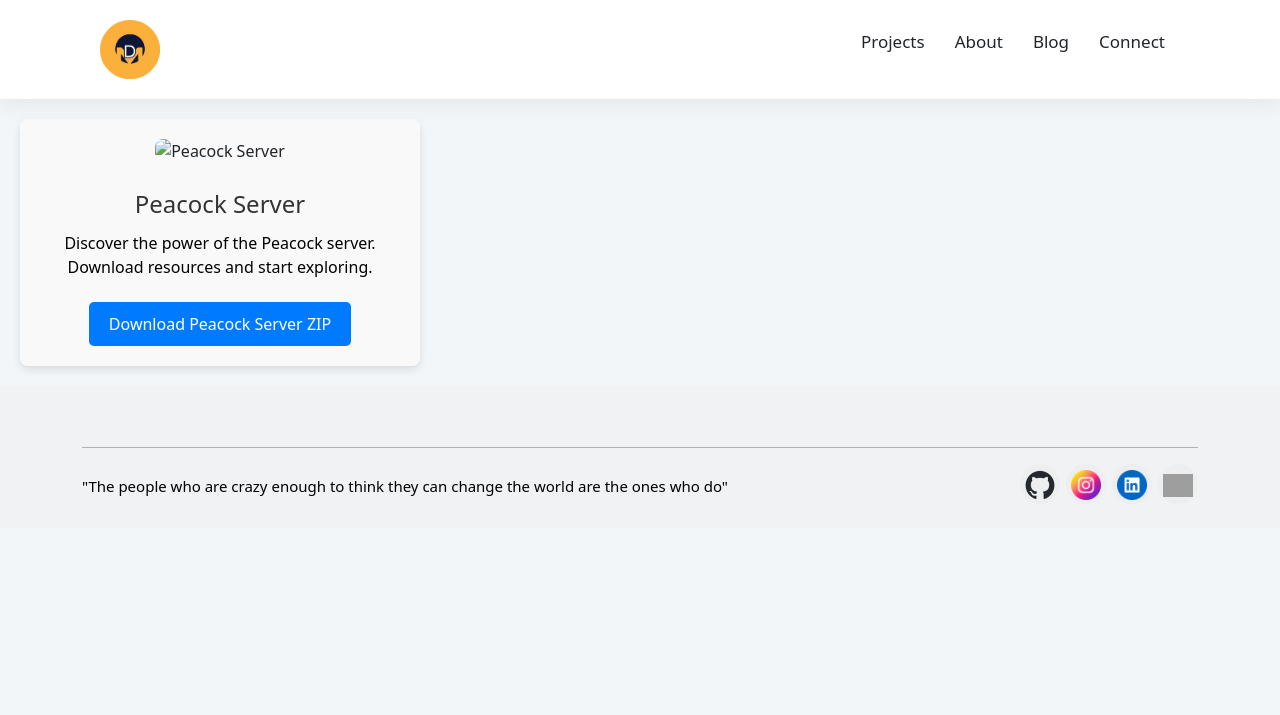
Repository: kaizoku010/firebrand
Page: /blog
These files come from the project's save history. The page is drawn as it stood at one moment and after a run of saves; the edit follows.
The browser window is 1280 px wide. The pictures show the whole page.
Pictures or frames that could not be fetched are drawn as grey boxes. The project was rebuilt for these pictures with package versions that can differ from the ones it lists, and the page was loaded fresh each time. Also part of the build but not shown: vite.config.js, src/update/homescreen.js, src/update/about.css, src/components/chips.css, src/components/chips.js, src/update/about.js, src/dataPoint/AllProjects.js, src/update/appsPage.js and 2 more.

Above is the page before, as saved 2024-11-11 11:49:33.

### public/index.html
<!DOCTYPE html>
<html lang="en">
  <head>
    <meta charset="utf-8" />
    <link rel="icon" href="%PUBLIC_URL%/logo.ico" />
    <meta name="viewport" content="width=device-width, initial-scale=1" />
    <meta name="theme-color" content="#000000" />
    <meta
      name="description"
      content="Welcome to Firebrand, Home of Dixon Muneza"
    />
    <link rel="apple-touch-icon" href="%PUBLIC_URL%/logo.png" />
    <!--
      manifest.json provides metadata used when your web app is installed on a
      user's mobile device or desktop. See https://developers.google.com/web/fundamentals/web-app-manifest/
    -->
    <link rel="manifest" href="%PUBLIC_URL%/manifest.json" />
    <!--
      Notice the use of %PUBLIC_URL% in the tags above.
      It will be replaced with the URL of the `public` folder during the build.
      Only files inside the `public` folder can be referenced from the HTML.

      Unlike "/favicon.ico" or "favicon.ico", "%PUBLIC_URL%/favicon.ico" will
      work correctly both with client-side routing and a non-root public URL.
      Learn how to configure a non-root public URL by running `npm run build`.
    -->
    <title>Dixon Muneza</title>
    <!-- Global site tag (gtag.js) - Google Analytics -->
<script async src="https://www.googletagmanager.com/gtag/js?id=G-C8GX9VTJ6W"></script>
<script>
  window.dataLayer = window.dataLayer || [];
  function gtag(){dataLayer.push(arguments);}
  gtag('js', new Date());

  gtag('config', 'G-C8GX9VTJ6W');
</script>
  </head>
  <body>
    <noscript>You need to enable JavaScript to run this app.</noscript>
    <div id="root"></div>
    <!--
      This HTML file is a template.
      If you open it directly in the browser, you will see an empty page.

      You can add webfonts, meta tags, or analytics to this file.
      The build step will place the bundled scripts into the <body> tag.

      To begin the development, run `npm start` or `yarn start`.
      To create a production bundle, use `npm run build` or `yarn build`.
    -->
  </body>
</html>

### src/App.js
import React from 'react'
import 'bootstrap/dist/css/bootstrap.css'
import './App.css'
import { BrowserRouter as Router, Routes, Route } from 'react-router-dom'
import Header from './update/header.js'
import HomeScreen from '././update/homescreen.js'
import AboutDixon from '././update/about.js'
import AppPage from './update/appsPage.js'
import Blog from './update/blog.js'
import Footer from '././update/footer.js'
import Connect from './update/connect'


function App () {
  return (
    <Router>
      <div className=''>
      <Header/>
      <Routes>

       <Route path='/' element={<HomeScreen />} />
          <Route path="/apps" element={<AppPage />} />
          <Route path="/about" element={<AboutDixon />} />
          <Route path="/blog" element={<Blog />} />
          <Route path="/connect" element={<Connect />} />

     </Routes>
        <Footer/>
      </div>

    </Router>
  )
}

export default App

### src/App.css
body {
  -webkit-font-smoothing: antialiased;
  background-color: #f3f6f8;
  margin-top: 0px;
  font-family:  ui-sans-serif,system-ui,-apple-system,BlinkMacSystemFont,Segoe UI,Roboto,Helvetica Neue,Arial,Noto Sans,sans-serif,apple color emoji,segoe ui emoji,Segoe UI Symbol,noto color emoji;
;
}

.content{
display: none !important;
}

a {
  text-decoration: none;
  color: #5747ff !important;
}

@media only screen and (max-width: 900px) {
  .holder__ {
    text-align: center;
    padding: 20px;
  }
}

.thumb-lg {
  height: 88px;
  width: 88px;
}
.profile-user-box {
  position: relative;
  border-radius: 5px;
}
.bg-custom {
  /*background-color: #02c0ce !important;  */
  background-color: #02191b !important;
  /* 02191b */
}
.profile-user-box {
  position: relative;
  border-radius: 5px;
}

.card-box {
  padding: 20px;
  position: sticky;
  border-radius: 3px;
  margin-bottom: 30px;
  z-index: 1;
  top: 0;
  background-color: #fff;
}
.inbox-widget .inbox-item img {
  width: 40px;
}

.inbox-widget .inbox-item {
  border-bottom: 1px solid #f3f6f8;
  overflow: hidden;
  padding: 10px 0;
  position: relative;
}

.inbox-widget .inbox-item .inbox-item-img {
  display: block;
  float: left;
  margin-right: 15px;
  width: 40px;
}

.inbox-widget .inbox-item img {
  width: 40px;
}

.inbox-widget .inbox-item .inbox-item-author {
  color: #313a46;
  display: block;
  margin: 0;
}

.inbox-widget .inbox-item .inbox-item-text {
  color: #98a6ad;
  display: block;
  font-size: 14px;
  margin: 0;
}

.inbox-widget .inbox-item .inbox-item-date {
  color: #98a6ad;
  font-size: 11px;
  position: absolute;
  right: 7px;
  top: 12px;
}

.comment-list .comment-box-item {
  position: relative;
}

.comment-list .comment-box-item .commnet-item-date {
  color: #98a6ad;
  font-size: 11px;
  position: absolute;
  right: 7px;
  top: 2px;
}

.comment-list .comment-box-item .commnet-item-msg {
  color: #313a46;
  display: block;
  margin: 10px 0;
  font-weight: 400;
  font-size: 15px;
  line-height: 24px;
}

.comment-list .comment-box-item .commnet-item-user {
  color: #98a6ad;
  display: block;
  font-size: 14px;
  margin: 0;
}

.comment-list a + a {
  margin-top: 15px;
  display: block;
}

.ribbon-box .ribbon-primary {
  background: #2d7bf4;
}

.ribbon-box .ribbon {
  position: relative;
  float: left;
  clear: both;
  padding: 5px 12px 5px 12px;
  margin-left: -30px;
  margin-bottom: 15px;
  font-family: Rubik, sans-serif;
  -webkit-box-shadow: 2px 5px 10px rgba(49, 58, 70, 0.15);
  -o-box-shadow: 2px 5px 10px rgba(49, 58, 70, 0.15);
  box-shadow: 2px 5px 10px rgba(49, 58, 70, 0.15);
  color: #fff;
  font-size: 13px;
}
.text-custom {
  color: #949797 !important;
}

.badge-custom {
  background: #02c0ce;
  color: #fff;
}
.badge {
  font-family: Rubik, sans-serif;
  -webkit-box-shadow: 0 0 24px 0 rgba(0, 0, 0, 0.06),
    0 1px 0 0 rgba(0, 0, 0, 0.02);
  box-shadow: 0 0 24px 0 rgba(0, 0, 0, 0.06), 0 1px 0 0 rgba(0, 0, 0, 0.02);
  padding: 0.35em 0.5em;
  font-weight: 500;
}
.text-muted {
  color: #98a6ad !important;
}
project_list
.font-13 {
  font-size: 13px !important;
}

.fire-text {
  text-align: justify;
}

@media screen and (max-width: 800px) {
  .card-box {
    padding: 20px !important;
    position: sticky;
    border-radius: 3px;
    margin-bottom: 30px;
    z-index: 1;
    top: 0;
    background-color: #fff;
  }
}


.main-color{
  color: #fbb03b;
}

### src/update/header.js
import React from 'react'
import "./header.css"
import Logo from "../img/logo.png"
import Email from "../img/email.png"
import { Link } from "react-router-dom";

function header() {
  return (
      <header class="header">
    <nav>
    <div class="logo">
          <a class="name_logo" href="index.html">Muneza.<span>Dixon</span></a>
        <Link to="/">  <img class="fireband-logo" src={ Logo} /></Link>
    </div>
    <input type="checkbox" id="menu-toggle"/>
    <label for="menu-toggle" class="menu-icon">&#9776;</label>
    <ul class="menu">
      <li><Link to={"apps"}>Projects</Link></li>
      <li><Link to={"about"} href="#">About</Link></li>
      <li><Link to={"blog"}>Blog</Link></li>
      <li><a href={"connect"}>Connect</a></li>
    </ul>
  </nav>
</header>
  )
}
// #9f0009 reds
export default header

### src/update/blog.js
import React from 'react';
import '../update/blog.css';
import PP from "../img/pp.png";

function Blog() {
  // Mock data for blog items
  const blogs = [
    { id: 1, title: 'Peacock Server', description: 'Discover the power of the Peacock server. Download resources and start exploring.', image:"https://encrypted-tbn0.gstatic.com/images?q=tbn:ANd9GcQP_9R3lzRksnVnuWHeN9Mo7RWM1pOEd7CjKg&s" },
  ];

  // Download handler for the main blog item
  const handleDownload = () => {
    const fileUrl = '/resources/peacock-server.zip'; // Adjust the path as needed
    window.location.href = fileUrl;
  };

  return (
    <div className="blog-grid">
      {blogs.map((blog) => (
        <div key={blog.id} className="blog-item">
          {blog.id === 1 && <img src={blogs.image} alt="Peacock Server" className="blog-item-image" />}
          <h2 className="blog-item-title">{blog.title}</h2>
          <p className="blog-item-description">{blog.description}</p>
          {blog.id === 1 && (
            <button className="download-button" onClick={handleDownload}>
              Download Peacock Server ZIP
            </button>
          )}
        </div>
      ))}
    </div>
  );
}

export default Blog;

### src/update/footer.js
import React from 'react'
import "./footer.css"
// import { FontAwesomeIcon } from '@fortawesome/react-fontawesome'
import CodeIc from "../img/github-mark.png"
import IG from "../img/instagram.png"
import DeviantArt from "../img/deviantart.png"
import LinkedIn from "../img/linked.png"
// import { faInstagram } from '@fortawesome/free-brands-svg-icons'

function footer() {
  return (
    <footer class="site-footer">
      <div class="container">
        <hr/>
      </div>
      <div class="container">
        <div class="row">
          <div class="col-md-8 col-sm-6 col-xs-12">
            <p class="copyright-text">"The people who are crazy enough to think they can change the world are the ones who do"
            </p>
          </div>

          <div class="col-md-4 col-sm-6 col-xs-12">
            <ul class="social-icons">
            <li><a   target='_blank' class="facebook" href="https://github.com/kaizoku010"><img  class="facebook"   src={CodeIc} /></a></li>
              <li><a target='_blank' class="facebook" href="https://www.instagram.com/ug.firebrand/"><img class="facebook" src={IG} /></a></li>
              <li><a   target='_blank' class="facebook" href="https://www.linkedin.com/in/dixon-muneza-a0a1b510a"><img  class="facebook"  src={LinkedIn} /></a></li>
              <li><a   target='_blank' class="facebook" href="https://www.deviantart.com/imfaceless"><img  class="facebook"  src={DeviantArt} /></a></li>
              </ul>
          </div>
        </div>
      </div>
</footer>
  )
}

export default footer

### src/update/header.css
header_div {
    padding: 0;
    margin: 0;
    box-sizing: border-box;
    font-family: sans-serif;
    text-decoration: none;
    list-style: none;
  }


  .name_logo{
    display:none;
  }

  .header {
    position: sticky;
    top: 0;
    grid-area: header;
    width: 100%;
    box-shadow: 0 4px 20px hsla(207, 24%, 35%, 0.1);
    background-color: white;
    z-index: 2;
  }

  .email-ic{
    width:38px;
  }

  nav {
    display: flex;
    justify-content: space-between;
    align-items: center;
    padding: 20px 100px;
  }

  .logo a {
    font-size: 24px;
    font-weight: bold;
    color: #fff;
  }

  .logo a span {
    color: #8739fa;
  }


  .menu {
    display: flex;
    list-style:none;
    justify-content: center;
    align-items: center;
  }

  .menu a {
    display: block;
    padding: 7px 15px;
    font-size: 17px;
    font-weight: 500;
    transition: 0.2s all ease-in-out;
    color: #fff;
  }

  .menu:hover a {
    opacity: 0.4;
  }

  .menu a:hover {
    opacity: 1;
    color: #fff;
  }

  .menu-icon {
    display: none;
  }

  #menu-toggle {
    display: none;
  }

  #menu-toggle:checked ~ .menu {
    transform: scale(1, 1);
  }

  @media only screen and (max-width: 950px) {
    .menu {
      flex-direction: column;
      background-color: white;
      align-items: start;
      position: absolute;
      top: 82px;
      left: 0;
      width: 100%;
      z-index: 1;
      padding-left: 10px;
      transform: scale(1, 0);
      transform-origin: top;
      transition: transform 0.3s ease-in-out;
      box-shadow: rgba(0, 0, 0, 0.15) 1.95px 1.95px 2.6px;
    }

    nav {
      display: flex;
      justify-content: space-between;
      align-items: center;
      padding: 18px 30px;
  }

    .name_logo{
        display:none;
      }

    .menu a {
      margin-left: 12px;
    }

    .menu li {
      margin-bottom: 10px;
    }

    .menu-icon {
      display: block;
      color: black;
      font-size: 28px;
      cursor: pointer;
    }
    /* my logo */

  .fireband-logo{
    width: 50px !important;

  }
  }



  .fireband-logo{
    width: 60px;
  }


  .header a {
    color:#212529 !important
      }
    .header a:hover {
        color:#fbb03b !important;
    }

### src/update/homescreen.css
.homepage{
    /* margin-top: 50px; */
    display: flex;
    place-content: center;
    height: 100vh;
    align-items: center;
    position: relative;

    min-height: 500px;
}

.main-content{
    text-align: center;
    display: flex;
    flex-direction: column;
}

#userImage{
    border-radius: 50% !important;
    align-self: center;
    margin-bottom: 10px;
    width: 60%;
}

.userName{
    letter-spacing: -.05em;
    font-size: 2.5rem;
    text-align: center;
    background: -webkit-radial-gradient(#030303, #010001);
    -webkit-background-clip: text;
    background-clip: text;
    -webkit-text-fill-color: transparent;
    line-height: 1;
    font-weight: 700;
    white-space: nowrap;
}

.userRole{
    max-width: 48rem;
    font-size: 20px;
    font-weight: 100;
    margin-left: auto;
    letter-spacing: -.025em;
    color: rgb(17 24 39 / var(50%));
    text-align: center;
    margin-right: auto;
}

.site-holder{
    padding-left: 1.5rem;
    flex-wrap: nowrap;
    padding-right: 1.5rem;
    gap: 1.5rem;
    margin-top: 0.5rem;
    margin-bottom: 0.5rem;
    justify-content: center;
    display: flex;
    flex-direction: row;
}

#btn-projects{
    color: rgb(255 255 255 / var(10%));
    padding-top: 0.75rem;
    background-color: #fbb03b;
    padding-bottom: 0.75rem;
    opacity: 1;
    line-height: 1.375;
    color: black;
    font-weight: 500;
    border-radius: 2.5rem;
    border-color: #fbb03b45;
    padding-left: 2rem;
    padding-right: 2rem;
}

#btn-projects:hover{
    background-color: #efa123;

}


.project-ic{
    height:26px;
    padding-right: 5px;

    padding-left: 5px;
    margin-bottom: 5px !important;
}

#btn-code{
background-color:  rgb(17 24 39);
color: rgb(255 255 255 / var(10%));
padding-top: 0.75rem;
padding-bottom: 0.75rem;
opacity: 1;
line-height: 1.375;
color: white;
font-weight: 500;
border-radius: 2.5rem;
border-color: #fbb03b45;
padding-left: 2rem;
padding-right: 2rem;
}

#btn-code:hover{
    background-color: rgb(71, 74, 81);

}

@media only screen and (max-width: 950px) {
    .homepage {
        display: flex;
        place-content: center;
        height: 100%;
        align-items: center;
        position: relative;
    }

    .site-footer {
        position: relative;
        background-color: #f0f2f4e4;
        padding: 0px 0 20px !important;
        font-size: 15px;
        line-height: 24px;
        color: #737373;
    }
}

### src/update/appsPage.css
.appsHolder {
  background-color: #e3ecf6 !important;
  padding-right: 1.5em;
  padding-left: 1.5em;
}

.appsHeading {
  text-align: center;
  font-size: 3.75em;
  line-height: 1;
  margin-bottom: 4rem;
  font-weight: 700;
  letter-spacing: -0.05em !important;
  padding: 50px;
}

.sites-holder {
  place-content: center !important;
}

.apps-span {
  color: #fbb03b;
}

.sites {
  display: flex;
  gap: 50px;
  place-content: center !important;
}

.top-element:hover {
  box-shadow: 0 4px 8px 0 rgba(0, 0, 0, 0.2), 0 4px 20px 0 rgba(0, 0, 0, 0);
  transition: 0.75rem;
}

.top-element {
  cursor: pointer;
  width: -moz-fit-content;
  width: fit-content;
  background-color: white;
  display: flex;
  padding: 30px;
  height: 100%;
  border-radius: 10px;
  align-items: center;
  flex-direction: row;
}

.site-title {
  font-size: 1.875rem;
  line-height: 2.25rem;
  color: black;
  font-weight: 700;
  margin-bottom: 0.125rem;
}

.site-title:hover {
  color: #f2b44d;
}
.site-logo {
  width: 100px;
  align-self: center;
  height: 100px;
  border-radius: 0px;
}
.site-text-holder {
  display: flex;
  padding-left: 20px;
  flex-direction: column;
}
.site-desc {
  font-size: 1.24rem;
  font-weight: 400;
  color:black !important;
  line-height: 1.75rem;
}
.chip{
  background-color: rgb(127 255 127 / 56%) !important;
}
.chip-layout {
  display: flex;
  gap: 12px;
}
.sites-list {
  display: grid;
  grid-template-columns: repeat(2, auto);
  grid-template-rows: auto;
  padding: 1%;
  gap: 20px;
  list-style-type: none;
  margin: .5rem !important;
  height: -webkit-max-content;
  height: max-content;
}
/* mobile view */
@media only screen and (max-width: 950px) {
  .sites-list {
    display: grid;
    grid-template-columns: repeat(1, auto);
    grid-template-rows: auto;
    padding: 1%;
    gap: 10px;
    list-style-type: none;
    margin: 1rem;
    height: -webkit-max-content;
    height: max-content;
  }
  .site-title:hover {
    color: #f2b44d;
  }
  .site-desc {
    font-size: 1.1rem !important;
    font-weight: 400;
    color: black !important;
    line-height: 1.5rem;
    margin-bottom: 8%;


}

.chip {
  padding: 5px 10px;
  border-radius: 50px;
  margin-bottom: 4% !important;
  display: inline-block;
  color: white;
}

  .appsHolder {
    background-color: #e3ecf6 !important;
    padding-right: 0.5em;
    padding-left: 0.5em;
  }

  .site-logo {
    /* width: 100%; */
    align-self: center;
    margin-left: 20px !important;
    height: 20%;
    border-radius: 0px;
  }

  .appsHeading {
    text-align: center !important;
    font-size: 3em !important;
    line-height: 1;
    padding: 10% !important;
    margin-bottom: 0rem !important;
    font-weight: 700;
    letter-spacing: -0.05em !important;
    padding: 8px;
}

  .top-element {
    cursor: pointer;
    width: -moz-fit-content;
    width: fit-content;
    height: fit-content;
    display: block !important;
    background-color: white;
    padding: 5px;
    border-radius: 10px;
    flex-direction: row;
  }
}

.link-list {
  color: black;
  text-decoration: none !important;
}

a{
  color: black;
  text-decoration: none !important;
}

p{
  color: black !important;
}

### src/update/blog.css
.blog-holder{
height:100vh;

}
.blog-grid {
    display: grid;
    grid-template-columns: repeat(3, 1fr);
    gap: 20px;
    padding: 20px;
  }

  .blog-item {
    background-color: #f9f9f9;
    padding: 20px;
    border-radius: 8px;
    box-shadow: 0 4px 8px rgba(0, 0, 0, 0.1);
    text-align: center;
  }

  .blog-item-title {
    font-size: 1.5em;
    margin: 0.5em 0;
    color: #333;
  }

  .blog-item-description {
    font-size: 1em;
    color: #666;
    margin: 0.5em 0;
  }

  .download-button {
    margin-top: 15px;
    padding: 10px 20px;
    font-size: 1em;
    color: white;
    background-color: #007bff;
    border: none;
    border-radius: 5px;
    cursor: pointer;
  }

  .download-button:hover {
    background-color: #0056b3;
  }

  @media (max-width: 768px) {
    .blog-grid {
      grid-template-columns: repeat(2, 1fr);
    }
  }

  @media (max-width: 480px) {
    .blog-grid {
      grid-template-columns: 1fr;
    }
  }


.blog-container{
text-align: center;
border: 0px solid;
position: absolute;
top: 50%;
left: 50%;
transform: translate(-50%, -50%);
padding: 10px;
width: -moz-fit-content;
width: fit-content;
/* margin: 100px 300px 100px 300px; */
}

.coming-soon-title{
font-weight: 900;
text-align: left !important;
font-size: 5em;
}

.soon-span{
    color: #fbb03b;
}

.coming-soon-text{
    text-align: left !important;
}

.blog-image-holder{
width: -moz-fit-content;
width: fit-content;
}

.blog-item-image {
    width: 100%;
    height: auto;
    max-height: 200px;
    margin-bottom: 15px;
    border-radius: 8px;
    object-fit: cover;
  }


.blog-image{

    height:300px;
}

/* mobile view */
@media only screen and (max-width: 950px) {
    .blog-container {
        text-align: center;
        border: 0px solid;
        position: absolute;
        top: 63%;
        left: 50%;
        transform: translate(-50%, -50%);

        width: -moz-fit-content;
        width: fit-content;

    }


.coming-soon-title{
    line-height:0.8;
    font-weight: 900;
    text-align: left !important;
    font-size: 5em;
    }
    }

### src/update/footer.css
.site-footer
{
  position: relative;
  background-color:#f0f2f4e4;
  padding:45px 0 20px;
  font-size:15px;
  line-height:24px;
  color:#737373;
}

.row{
  align-items: center !important;
}

.facebook{
    width: 30px;
}
.site-footer hr
{
  border-top-color:#bbb;
  opacity:0.5
}
.site-footer hr.small
{
  margin:20px 0
}
.site-footer h6
{
  color:#fff;
  font-size:16px;
  text-transform:uppercase;
  margin-top:5px;
  letter-spacing:2px
}
.site-footer a
{
  color:#737373;
}
.site-footer a:hover
{
  color:#3366cc;
  text-decoration:none;
}
.footer-links
{
  padding-left:0;
  list-style:none
}
.footer-links li
{
  display:block
}
.footer-links a
{
  color:#737373
}
.footer-links a:active,.footer-links a:focus,.footer-links a:hover
{
  color:#3366cc;
  text-decoration:none;
}
.footer-links.inline li
{
  display:inline-block
}
.site-footer .social-icons
{
  text-align:right
}
.site-footer .social-icons a
{
  width:40px;
  height:40px;
  line-height:40px;
  margin-left:6px;
  margin-right:0;
  border-radius:100%;
}
.copyright-text
{
  margin:0
}
@media (max-width:991px)
{
  .site-footer [class^=col-]
  {
    margin-bottom:30px
  }
}
@media (max-width:767px)
{

  .copyright-text{
    margin:10px;
  }
  .site-footer
  {
    padding-bottom:0
  }
  .site-footer .copyright-text,.site-footer .social-icons
  {
    text-align:center
  }
}
.social-icons
{
  padding-left:0;
  margin-bottom:0;
  list-style:none
}
.social-icons li
{
  display:inline-block;
  margin-bottom:4px
}
.social-icons li.title
{
  margin-right:15px;
  text-transform:uppercase;
  color:#96a2b2;
  font-weight:700;
  font-size:13px
}
.social-icons a{
  background-color:#eceeef;
  color:#818a91;
  font-size:16px;
  display:inline-block;
  line-height:44px;
  width:44px;
  height:44px;
  text-align:center;
  margin-right:8px;
  border-radius:100%;
  -webkit-transition:all .2s linear;
  -o-transition:all .2s linear;
  transition:all .2s linear
}
.social-icons a:active,.social-icons a:focus,.social-icons a:hover
{
  color:#fff;
  background-color:#ebebeb
}
.social-icons.size-sm a
{
  line-height:34px;
  height:34px;
  width:34px;
  font-size:14px
}
.social-icons a.facebook:hover
{
  background-color:#e7e9e9
}
.social-icons a.twitter:hover
{
  background-color:#00aced
}
.social-icons a.linkedin:hover
{
  background-color:#007bb6
}
.social-icons a.dribbble:hover
{
  background-color:#ea4c89
}
@media (max-width:767px)
{
  .social-icons li.title
  {
    display:block;
    margin-right:0;
    font-weight:600
  }
}

Loaded but not shown: src/index.js (common file); src/index.css (common file); src/reportWebVitals.js (common file)

After the next 3 saves:
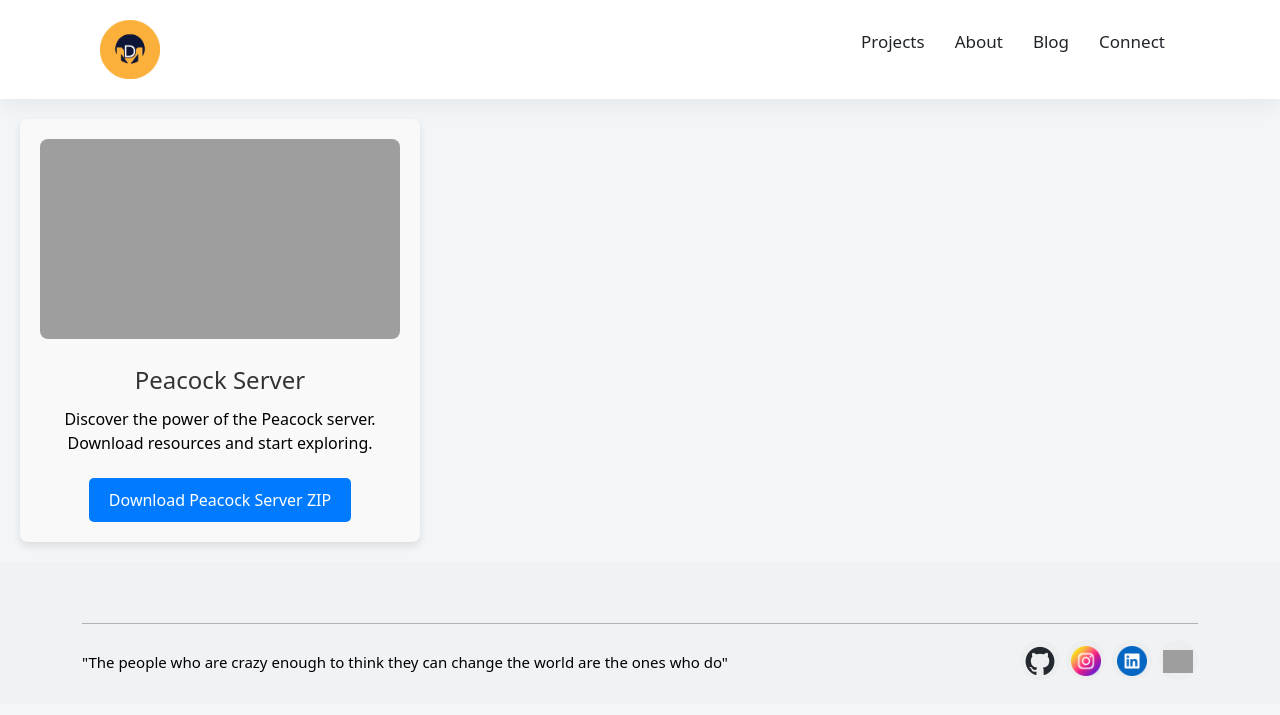
The 3 saves are shown as one change because 1 did not build or start and some came seconds apart.
The last was saved 24 s later.
--- a/src/update/blog.js
+++ b/src/update/blog.js
@@ -5,7 +5,7 @@ import PP from "../img/pp.png";
 function Blog() {
   // Mock data for blog items
   const blogs = [
-    { id: 1, title: 'Peacock Server', description: 'Discover the power of the Peacock server. Download resources and start exploring.', image:"https://encrypted-tbn0.gstatic.com/images?q=tbn:ANd9GcQP_9R3lzRksnVnuWHeN9Mo7RWM1pOEd7CjKg&s" },
+    { id: 1, title: 'Peacock Server', description: 'Discover the power of the Peacock server. Download resources and start exploring.' },
   ];
 
   // Download handler for the main blog item
@@ -18,7 +18,7 @@ function Blog() {
     <div className="blog-grid">
       {blogs.map((blog) => (
         <div key={blog.id} className="blog-item">
-          {blog.id === 1 && <img src={blogs.image} alt="Peacock Server" className="blog-item-image" />}
+          {blog.id === 1 && <img src={PP} alt="Peacock Server" className="blog-item-image" />}
           <h2 className="blog-item-title">{blog.title}</h2>
           <p className="blog-item-description">{blog.description}</p>
           {blog.id === 1 && (
